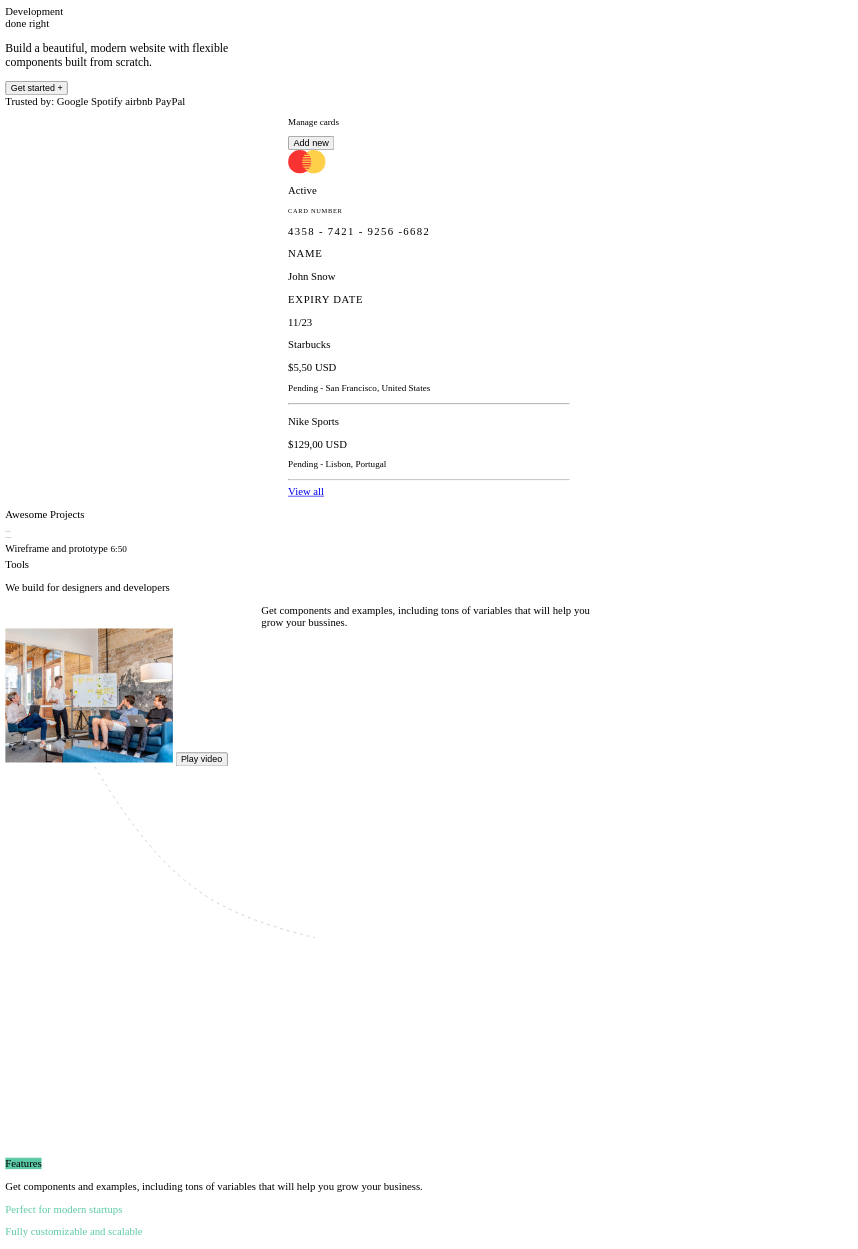
Repository: brandonc16/odoo-task
Page: components/hero.html
An editor plug-in stored every save of this project. The page is shown before and after the next save, followed by the edit.
The browser window is 1280 px wide. The pictures show the whole page, at 67% of full size.

Above is the page before, as saved 2026-03-16 01:23:11.

After the next save:
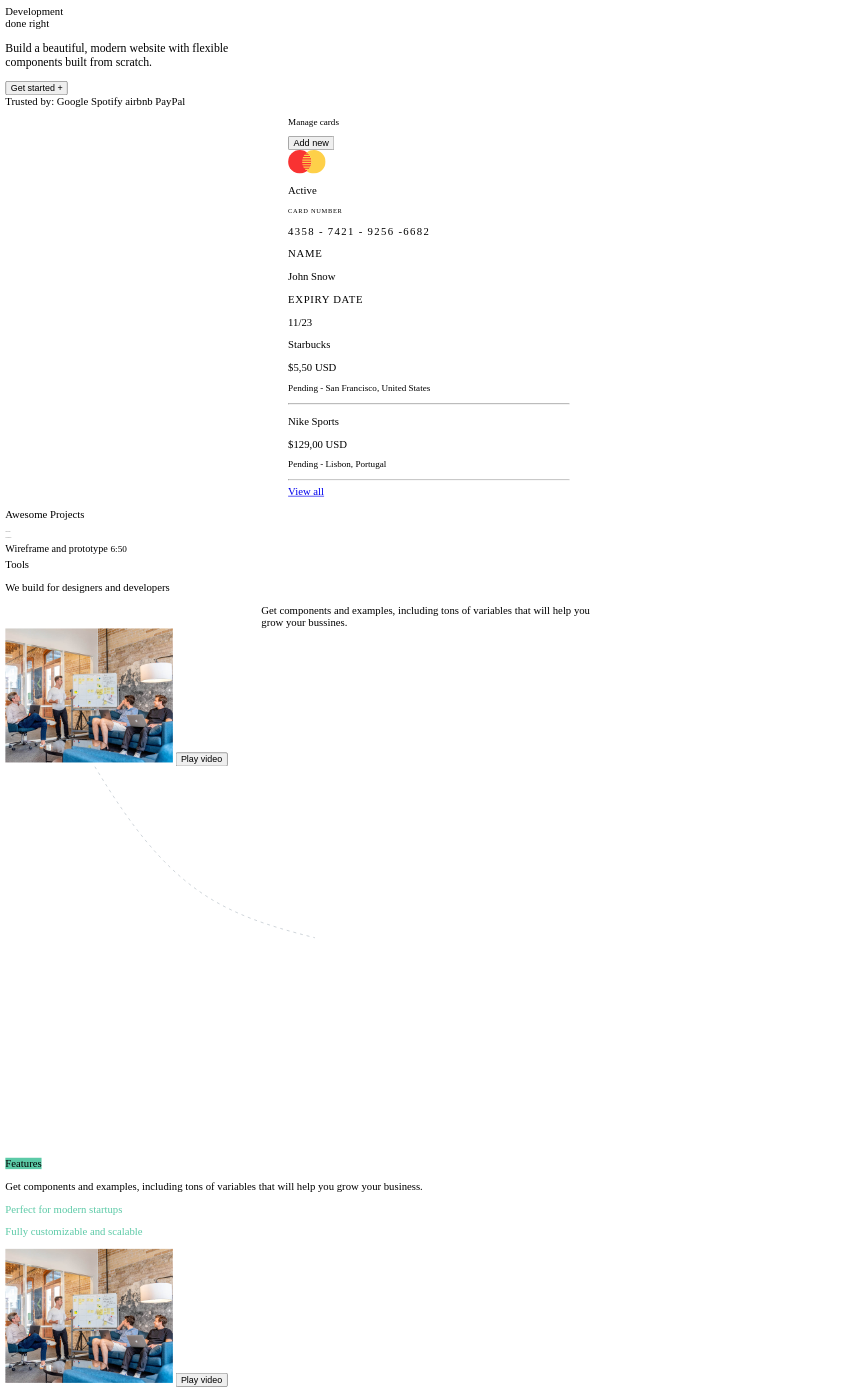
Saved 3 min 6 s later.
--- a/components/hero.html
+++ b/components/hero.html
@@ -292,5 +292,27 @@
         </div>
       </div>
     </div>
+
+    <div
+    class="col-12 col-lg-6 offset-lg-1"
+  >
+  <div class="position-relative  shadow-lg rounded-3 overflow-hidden;">
+
+    <img
+    src="/assets/img_01.jpg"
+    alt="Team working"
+    height="55"
+    class="img-fluid w-100"
+    style="height: 200px; object-fit: cover"
+  />
+  <button
+  class="btn btn-light position-absolute top-0 end-0 m-3 fw-bold shadow-sm d-flex align-items-center gap-2 rounded-3"
+>
+  Play video <i class="bi bi-play-fill"></i>
+</button>
+  </div>
+
+
+  </div>
   </div>
 </div>
